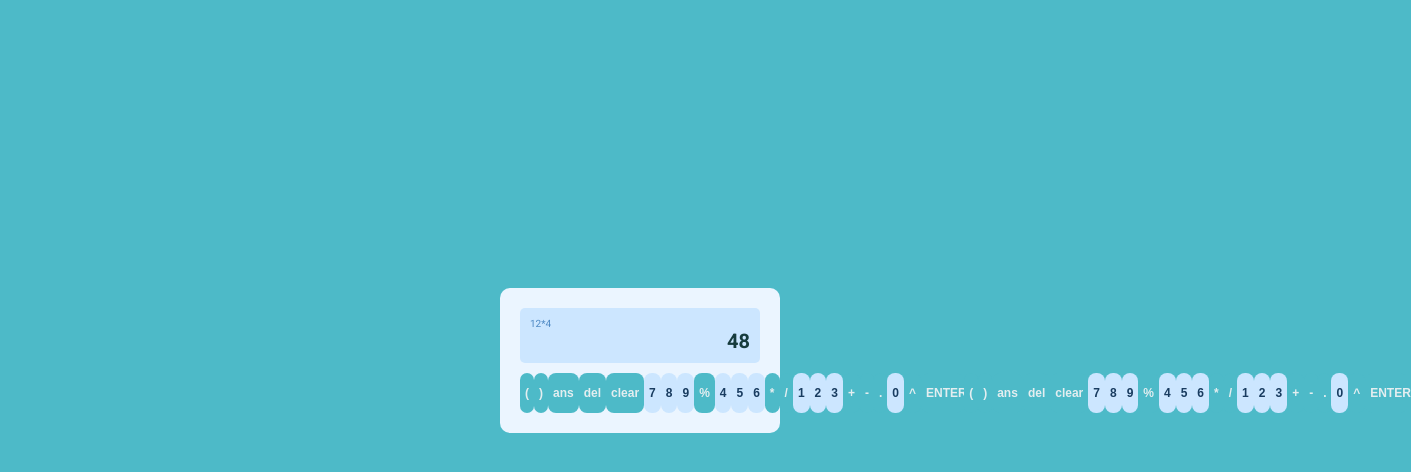
Repository: Herinyhert/Calculate-infix-a-postfix
Page: index.html
The author's editor kept a copy of each file at every save. The page is drawn from the files as they stood at one save, then again after the next save.
The browser window is 1280 px wide. The page is 1411 px wide, so the pictures cover 1411 px, including what lies to the right of the window. The pictures show the whole page.

Above is the page before, as saved 2023-11-02 19:30:15.

After the next save:
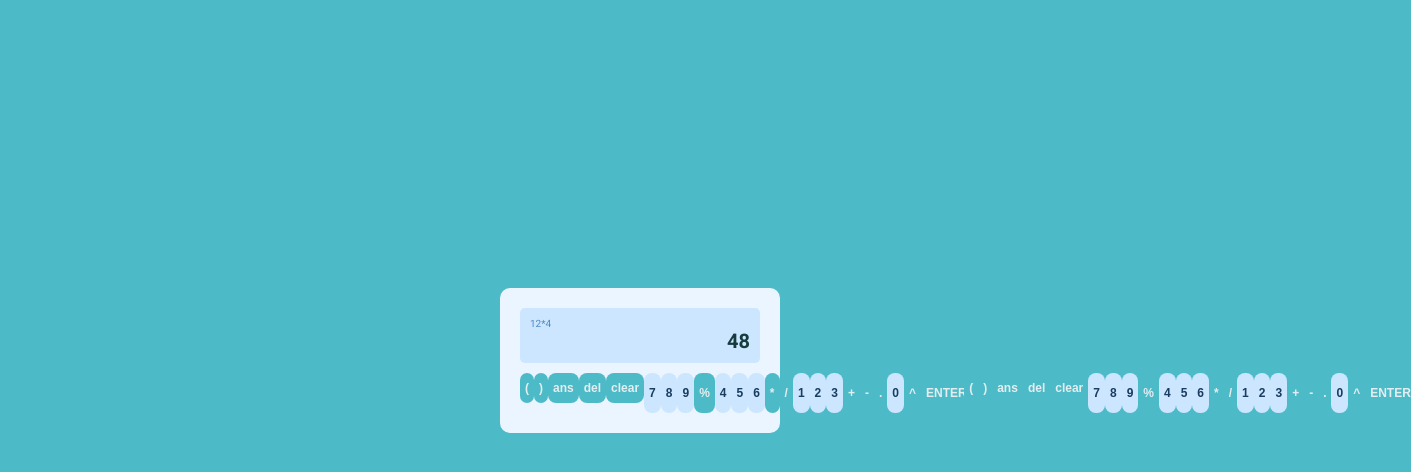
Saved 4 s later.
--- a/css/index.css
+++ b/css/index.css
@@ -53,5 +53,5 @@ body{
     color:#e4eef0;
 }
 .small{
-    he
+    height: 30px;
 }
